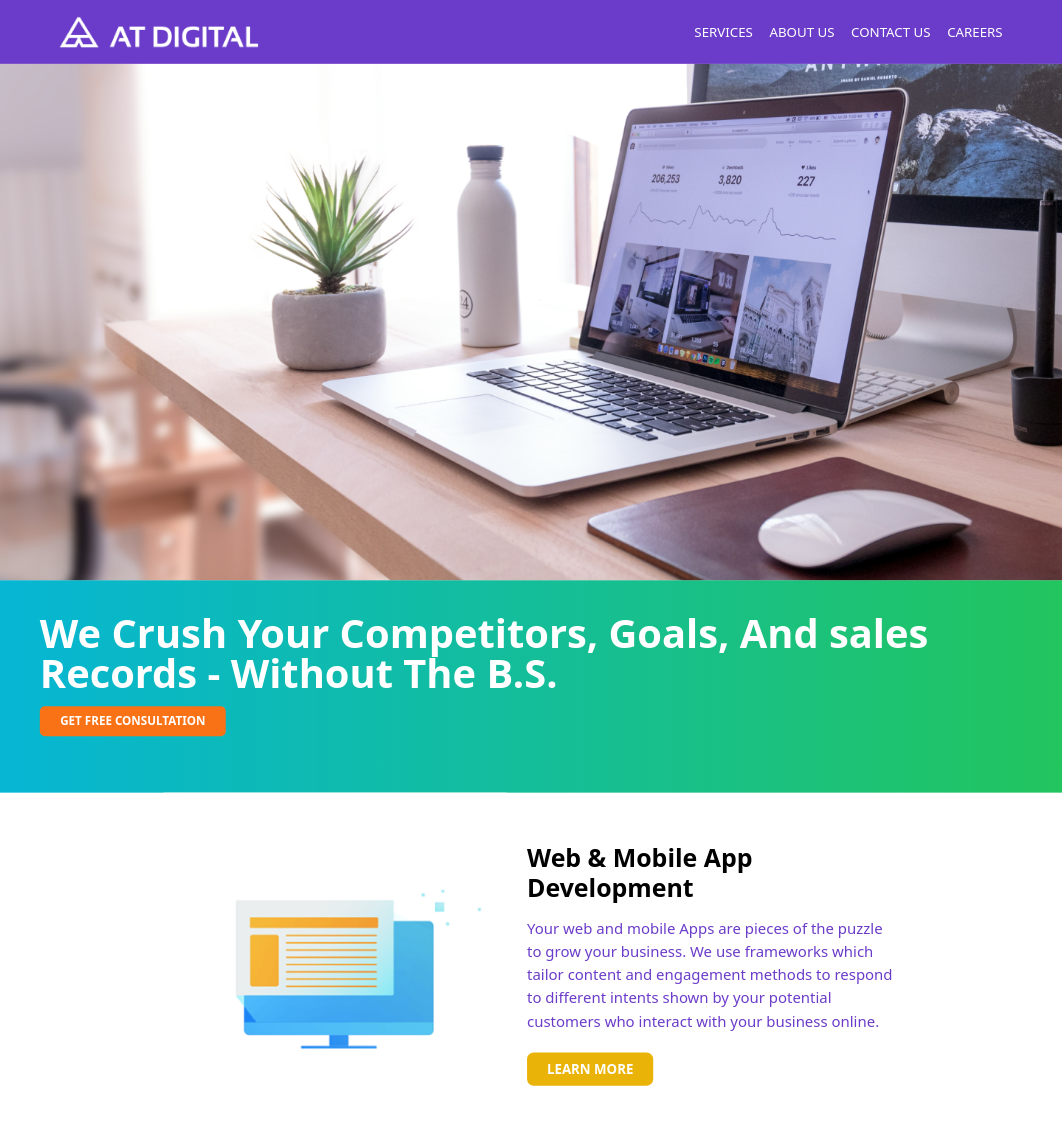
Repository: Milith97/AT-Digital-Website
Page: /
The author's editor kept a copy of each file at every save. The page is drawn from the files as they stood at one save, then again after the next save.
The browser window is 1280 px wide. The pictures show the whole page, at 83% of full size.
The project was rebuilt for these pictures with package versions that can differ from the ones it lists, and the page was loaded fresh each time. Also part of the build but not shown: vite.config.js.

Above is the page before, as saved 2024-04-06 21:16:39.

After the next save:
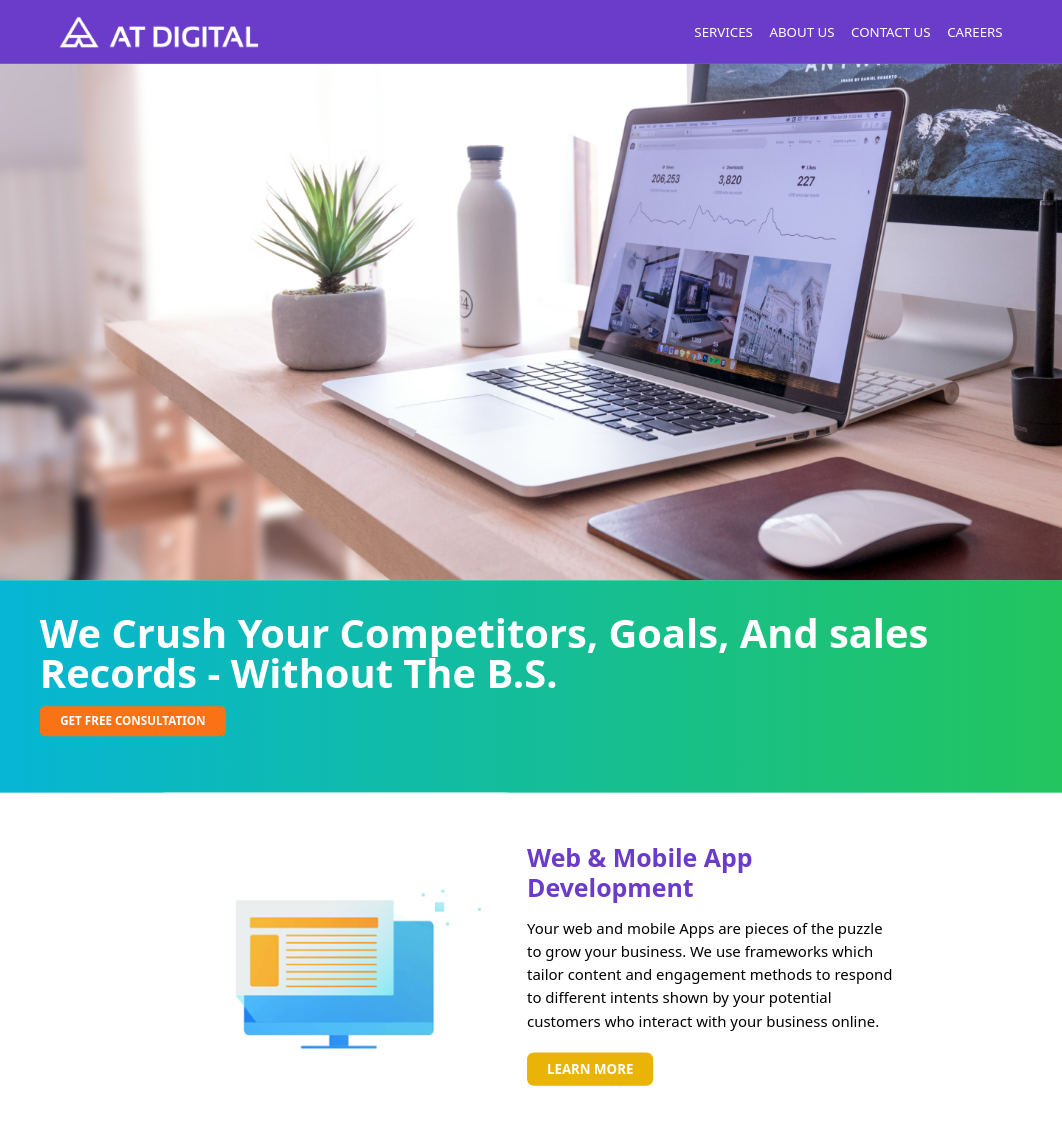
Saved 4 min 14 s later.
--- a/src/Components/Servicers.jsx
+++ b/src/Components/Servicers.jsx
@@ -9,8 +9,8 @@ const Servicers = () => {
 
             {/* Right Side (Content) */}
             <div className="max-w-md">
-                <h2 className="text-3xl font-semibold mb-4">Web & Mobile App Development</h2>
-                <p className="text-lg mb-6 text-[#6B3CC9]">Your web and mobile Apps are pieces of the puzzle to grow your business. We use frameworks which tailor content and engagement methods to respond to different intents shown by your potential customers who interact with your business online.</p>
+                <h2 className="text-3xl font-semibold mb-4 text-[#6B3CC9]">Web & Mobile App Development</h2>
+                <p className="text-lg mb-6 ">Your web and mobile Apps are pieces of the puzzle to grow your business. We use frameworks which tailor content and engagement methods to respond to different intents shown by your potential customers who interact with your business online.</p>
                 <button className="bg-yellow-500 text-white font-bold py-2 px-6 rounded-lg hover:bg-yellow-600 transition-colors">LEARN MORE</button>
             </div>
         </div>
